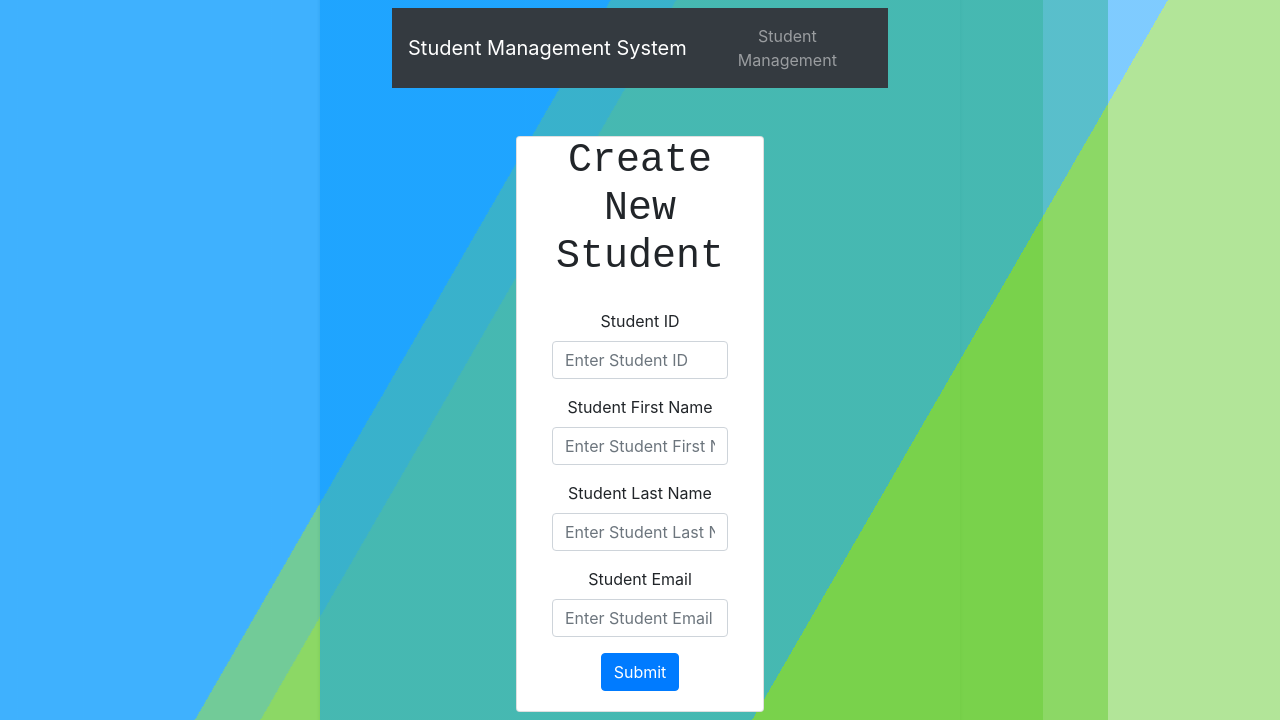
Repository: Luckysenapati/student-management-system
Page: http://localhost/create_student
An editor plug-in stored every save of this project. The page is shown before and after the next save, followed by the edit.
The browser window is 1280 px wide. The pictures show the whole page.
The page is this project's Thymeleaf template; nobody is signed in. The template is opened directly, without the code that normally fills it, so the values that code supplies are empty.

Above is the page before, as saved 2024-12-22 15:48:17.

### springboot project Gr11/student-management-system/src/main/resources/templates/create_student.html
<!DOCTYPE html>
<html xmlns:th="http://www.thymeleaf.org">
<head>
<meta charset="ISO-8859-1">
<title>Student Management System</title>
<link rel="stylesheet"
	href="https://maxcdn.bootstrapcdn.com/bootstrap/4.0.0/css/bootstrap.min.css"
	integrity="sha384-Gn5384xqQ1aoWXA+058RXPxPg6fy4IWvTNh0E263XmFcJlSAwiGgFAW/dAiS6JXm"
	crossorigin="anonymous">
	<style>
		html {
		  height:100%;
		}

		body {
		  margin:0;
		}

		.bg {
		  animation:slide 3s ease-in-out infinite alternate;
		  background-image: linear-gradient(-60deg, #6c3 50%, #09f 50%);
		  bottom:0;
		  left:-50%;
		  opacity:.5;
		  position:fixed;
		  right:-50%;
		  top:0;
		  z-index:-1;
		}

		.bg2 {
		  animation-direction:alternate-reverse;
		  animation-duration:4s;
		}

		.bg3 {
		  animation-duration:5s;
		}

		.content {
		  background-color:rgba(255,255,255,.8);
		  border-radius:.25em;
		  box-shadow:0 0 .25em rgba(0,0,0,.25);
		  box-sizing:border-box;
		  left:50%;
		  padding:10vmin;
		  position:fixed;
		  text-align:center;
		  top:50%;
		  transform:translate(-50%, -50%);
		}

		h1 {
		  font-family:monospace;
		}

		@keyframes slide {
		  0% {
		    transform:translateX(-25%);
		  }
		  100% {
		    transform:translateX(25%);
		  }
		}
	</style>
</head>
<body>
<div class="content">
	<div class="bg"></div>
	<div class="bg bg2"></div>


<nav class="navbar navbar-expand-md bg-dark navbar-dark">
  <!-- Brand -->
  <a class="navbar-brand" href="#">Student Management System</a>

  <!-- Toggler/collapsibe Button -->
  <button class="navbar-toggler" type="button" data-toggle="collapse" data-target="#collapsibleNavbar">
    <span class="navbar-toggler-icon"></span>
  </button>

  <!-- Navbar links -->
  <div class="collapse navbar-collapse" id="collapsibleNavbar">
    <ul class="navbar-nav">
      <li class="nav-item">
        <a class="nav-link" th:href="@{/students}">Student Management</a>
      </li>
    </ul>
  </div>
</nav>
<br>
<br>
<div class="bg bg3"></div>
	<div class = "container">
		<div class = "row">
			<div class ="col-lg-6 col-md-6 col-sm-6 container justify-content-center card">
				<h1 class = "text-center"> Create New Student </h1>
				<div class = "card-body">
					<form th:action="@{/students}" th:object = "${student}" method="POST">
						<div class ="form-group">
							<label> Student ID </label>
							<input
							type = "text"
							name = "Id"
							th:field = "*{id}"
						    class = "form-control"
							placeholder="Enter Student ID"
						    />
						</div>

						<div class ="form-group">
							<label> Student First Name </label>
							<input
							type = "text"
							name = "firstName"
							th:field = "*{firstName}"
							class = "form-control"
							placeholder="Enter Student First Name"
							/>
						</div>

						<div class ="form-group">
							<label> Student Last Name </label>
							<input
							type = "text"
							name = "lastName"
							th:field = "*{lastName}"
							class = "form-control"
							placeholder="Enter Student Last Name"
							/>
						</div>

						<div class ="form-group">
							<label> Student Email </label>
							<input
							type = "text"
							name = "email"
							th:field = "*{email}"
							class = "form-control"
							placeholder="Enter Student Email"
							/>
						</div>

						<div class = "box-footer">
							<button type="submit" class = "btn btn-primary">
								Submit
							</button>
						</div>
					</form>

				</div>
			</div>
		</div>
	</div>
</div>
</body>
</html>

After the next save:
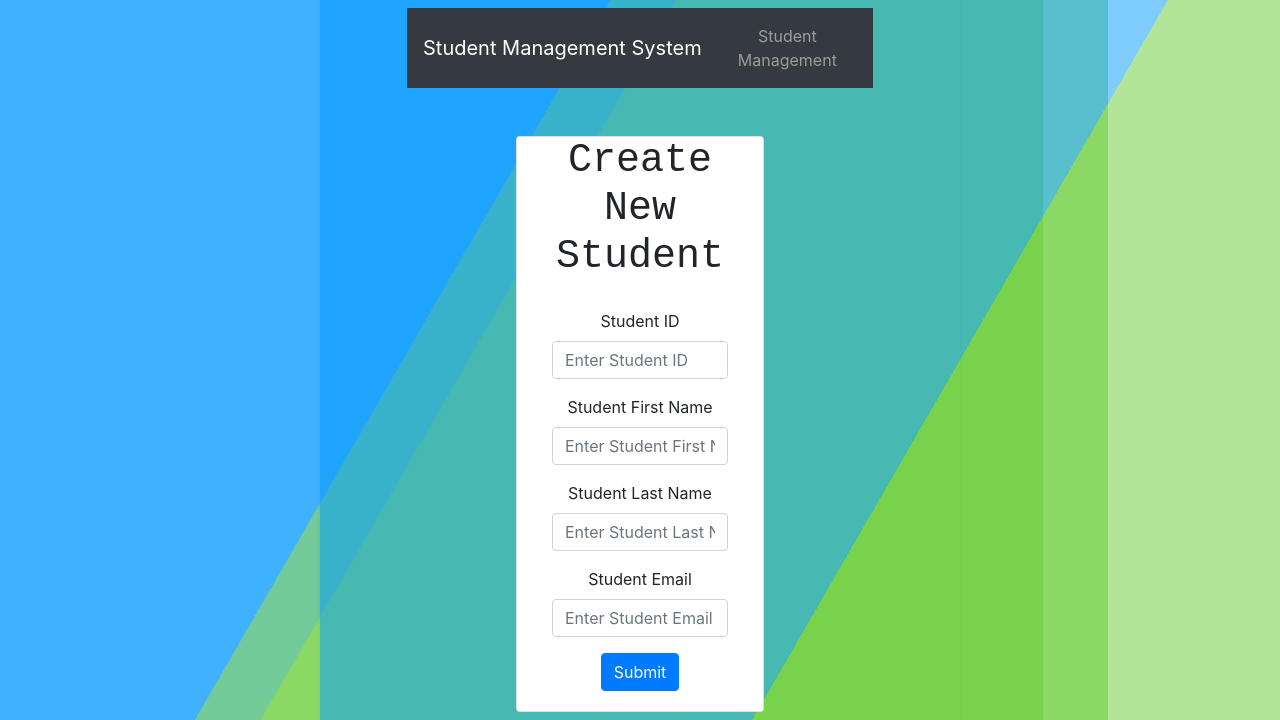
Saved 79 s later.
--- a/springboot project Gr11/student-management-system/src/main/resources/templates/create_student.html
+++ b/springboot project Gr11/student-management-system/src/main/resources/templates/create_student.html
@@ -68,7 +68,8 @@
 <div class="content">
 	<div class="bg"></div>
 	<div class="bg bg2"></div>
-
+	<div class="bg bg3"></div>
+	<div class = "container">
 
 <nav class="navbar navbar-expand-md bg-dark navbar-dark">
   <!-- Brand -->
@@ -90,8 +91,7 @@
 </nav>
 <br>
 <br>
-<div class="bg bg3"></div>
-	<div class = "container">
+
 		<div class = "row">
 			<div class ="col-lg-6 col-md-6 col-sm-6 container justify-content-center card">
 				<h1 class = "text-center"> Create New Student </h1>
